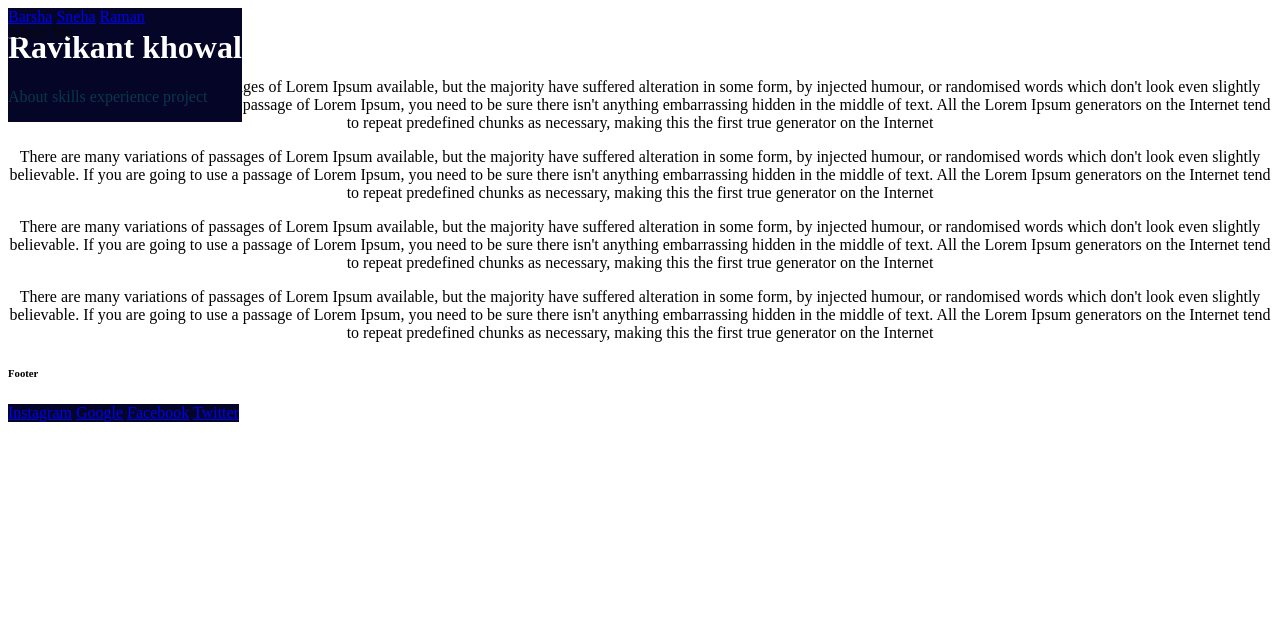
Repository: nir-github01/Html
Page: assign1.html
The author's editor kept a copy of each file at every save. The page is drawn from the files as they stood at one save, then again after the next save.
The browser window is 1280 px wide. The pictures show the whole page.

Above is the page before, as saved 2022-09-19 20:01:20.

### assign1.html
<!DOCTYPE html>
<html lang="en">
<head>
    <meta charset="UTF-8">
    <meta http-equiv="X-UA-Compatible" content="IE=edge">
    <meta name="viewport" content="width=device-width, initial-scale=1.0">
    <title>assignment1</title>
    <style>
        .heading{
            background-color: rgb(5, 5, 40);
            position: absolute;
            color: white;
            justify-content: center;
        }
        .nav{
           justify-content: flex-start;
            margin: 0;
            position: absolute;
            color: rgb(108, 44, 3);
        }
        .navhead
        {
            justify-content: flex-start;
            margin: 0;
            position: absolute;
            color: rgb(10, 8, 8);
        }
        .image{
            width: 40px;
            height: 50px;
        }
        .footer{
            background-color: rgb(5, 5, 40);
            margin: 0;
            position: absolute;
            color: rgb(255, 255, 255);
            justify-content: center;
        }
    </style>
</head>
<body>
    <head>
        <div class="heading">
            <h1>Ravikant khowal</h1>
            <p style="color:rgb(8, 56, 75)">About skills experience project</p>
        </div>

    </head>
    <nav>

        <div class="nav">
         <a href="#">Barsha</a>
         <a href="#">Sneha</a>
         <a href="#">Raman</a>
        </div>
        <div class="navhead">
            <p>About Me</p>
        </div>
    </nav>
    <main>
        <img src="#" class="image">
        <div class="body-text">
            <p style="text-align:center">There are many variations of passages of Lorem Ipsum available, but the majority have
                suffered alteration in some form, by injected humour, or randomised words which don't
                 look even slightly believable. If you are going to use a passage of Lorem Ipsum, you need
                 to be sure there isn't anything embarrassing hidden in the middle of text. All the Lorem
                 Ipsum generators on the Internet tend
                 to repeat predefined chunks as necessary, making this the first true generator on the
                 Internet</p>

        </div>
        <div class="skills">
            <p style="text-align:center">There are many variations of passages of Lorem Ipsum available, but the majority have
                suffered alteration in some form, by injected humour, or randomised words which don't
                 look even slightly believable. If you are going to use a passage of Lorem Ipsum, you need
                 to be sure there isn't anything embarrassing hidden in the middle of text. All the Lorem
                 Ipsum generators on the Internet tend
                 to repeat predefined chunks as necessary, making this the first true generator on the
                 Internet</p>
        </div>
        <div class="qualif">
            <p style="text-align:center">There are many variations of passages of Lorem Ipsum available, but the majority have
                suffered alteration in some form, by injected humour, or randomised words which don't
                 look even slightly believable. If you are going to use a passage of Lorem Ipsum, you need
                 to be sure there isn't anything embarrassing hidden in the middle of text. All the Lorem
                 Ipsum generators on the Internet tend
                 to repeat predefined chunks as necessary, making this the first true generator on the
                 Internet</p>
        </div>
        <div class="projects">
            <p style="text-align:center">There are many variations of passages of Lorem Ipsum available, but the majority have
                suffered alteration in some form, by injected humour, or randomised words which don't
                 look even slightly believable. If you are going to use a passage of Lorem Ipsum, you need
                 to be sure there isn't anything embarrassing hidden in the middle of text. All the Lorem
                 Ipsum generators on the Internet tend
                 to repeat predefined chunks as necessary, making this the first true generator on the
                 Internet</p>
        </div>
    </main>
    <footer>
        <h6>Footer</h6>
        <div class="footer">
           <a href="#">Instagram</a>
           <a href="#">Google</a>
           <a href="#">Facebook</a>
           <a href="#">Twitter</a>
        </div>
    </footer>
</body>
</html>

After the next save:
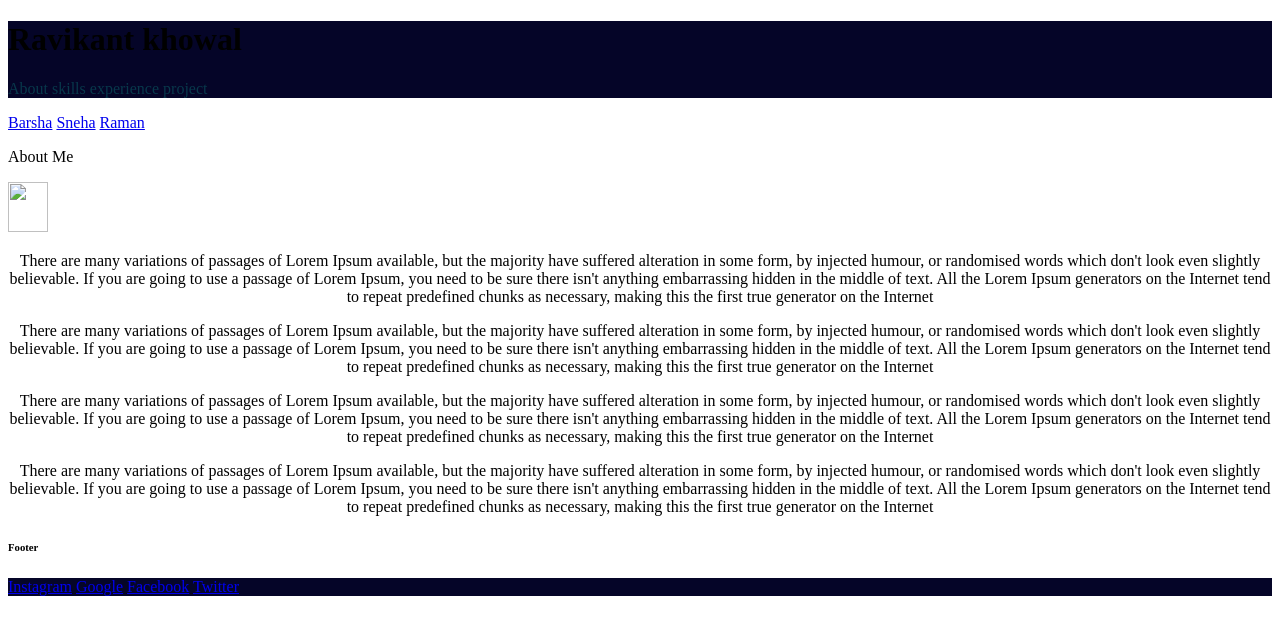
Saved 43 s later.
--- a/assign1.html
+++ b/assign1.html
@@ -8,21 +8,21 @@
     <style>
         .heading{
             background-color: rgb(5, 5, 40);
-            position: absolute;
+            <!-- position: absolute; -->
             color: white;
             justify-content: center;
         }
         .nav{
            justify-content: flex-start;
             margin: 0;
-            position: absolute;
+            <!-- position: absolute; -->
             color: rgb(108, 44, 3);
         }
         .navhead
         {
             justify-content: flex-start;
             margin: 0;
-            position: absolute;
+            <!-- position: absolute; -->
             color: rgb(10, 8, 8);
         }
         .image{
@@ -32,7 +32,7 @@
         .footer{
             background-color: rgb(5, 5, 40);
             margin: 0;
-            position: absolute;
+            <!-- position: absolute; -->
             color: rgb(255, 255, 255);
             justify-content: center;
         }
